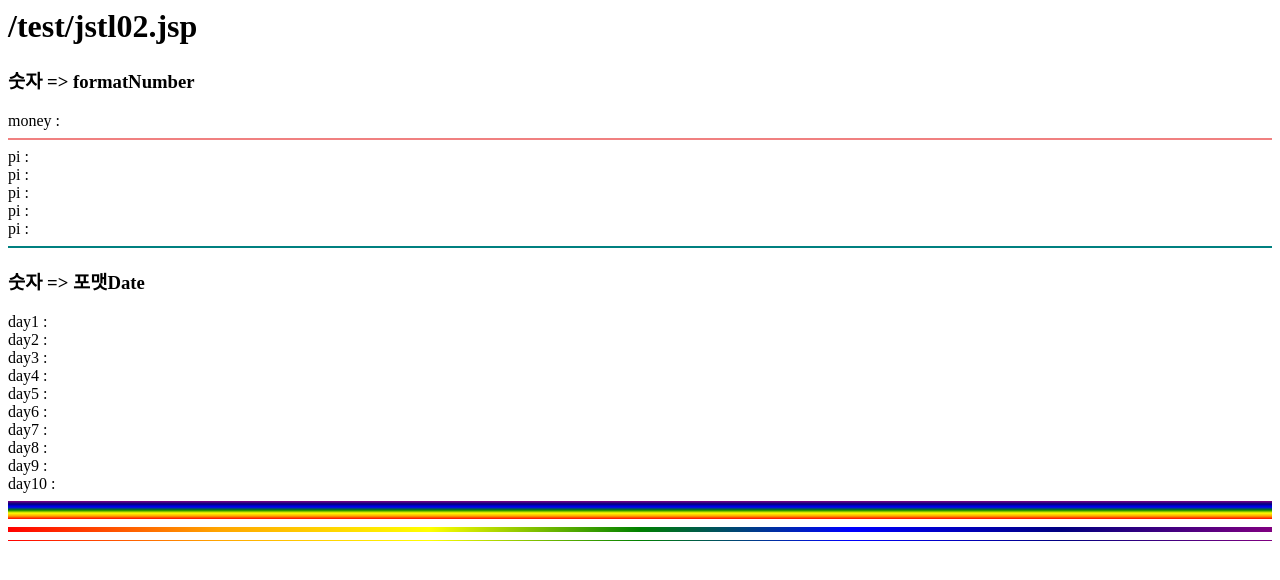
Repository: khsik/Woori-Computer-Academy
Page: http://localhost/mvc/WEB-INF/views/test/jstl02.jsp
These files come from the project's save history. The page is drawn as it stood at one moment and after the next save; the edit follows.
The browser window is 1280 px wide. The pictures show the whole page.
The page is served by Tomcat 9. Nobody is signed in. Other server files are loaded and not shown. The template is opened directly, without the code that normally fills it, so the values that code supplies are empty.

Above is the page before, as saved 2024-05-13 07:33:00.

### mvc/src/main/webapp/WEB-INF/views/test/jstl02.jsp
<%@ page language="java" contentType="text/html; charset=UTF-8"
    pageEncoding="UTF-8"%>
<%@ taglib prefix="fmt" uri="http://java.sun.com/jsp/jstl/fmt" %>

<h1>/test/jstl02.jsp</h1>

<h3> 숫자 => formatNumber</h3>
money : <fmt:formatNumber value="${money}" type="currency" currencySymbol="\\"/>
<hr color="lightcoral">
pi : <fmt:formatNumber value="${pi}" type="percent" /> <br>
pi : <fmt:formatNumber value="${pi}" pattern=".0000" /> <br>
pi : <fmt:formatNumber value="${pi}" pattern=".0"/> <br>
pi : <fmt:formatNumber value="${pi}" pattern="##0.000000"/> <br>
pi : <fmt:formatNumber value="${pi}" pattern="000.00000"/>
<%--
0 : 빈자리면 0 출력
# : 빈자리면 출력안함
마지막 자리 반올림해서 나오는 것으로 보임.
--%>
<hr color="teal">

<h3>숫자 => 포맷Date</h3>
day1 : <fmt:formatDate value="${day}" /> <br>
day2 : <fmt:formatDate value="${day}" type="date"/> <br>
day3 : <fmt:formatDate value="${day}" type="both"/> <br>
day4 : <fmt:formatDate value="${day }" type="time" /> <br>
day5 : <fmt:formatDate value="${day }" type="time" timeStyle="full"/> <br>
day6 : <fmt:formatDate value="${day }" type="date" dateStyle="full"/> <br>
day7 : <fmt:formatDate value="${day }" type="date" dateStyle="long"/> <br>
day8 : <fmt:formatDate value="${day }" type="date" dateStyle="medium" /> <br>
day9 : <fmt:formatDate value="${day }" type="date" dateStyle="short" /> <br>
day10 : <fmt:formatDate value="${day }" type="date" dateStyle="default" /> <br>

<hr size="20px" style="border:0; background: linear-gradient(0deg, red, orange, yellow, green, blue, navy, purple);">
<hr size="7px" style="border:0; background: linear-gradient(0.25turn, red, orange, yellow, green, blue, navy, purple);">
<hr size="3px" style="border:0; background: linear-gradient(0.25turn, red, orange, yellow, green, blue, navy, purple);">

After the next save:
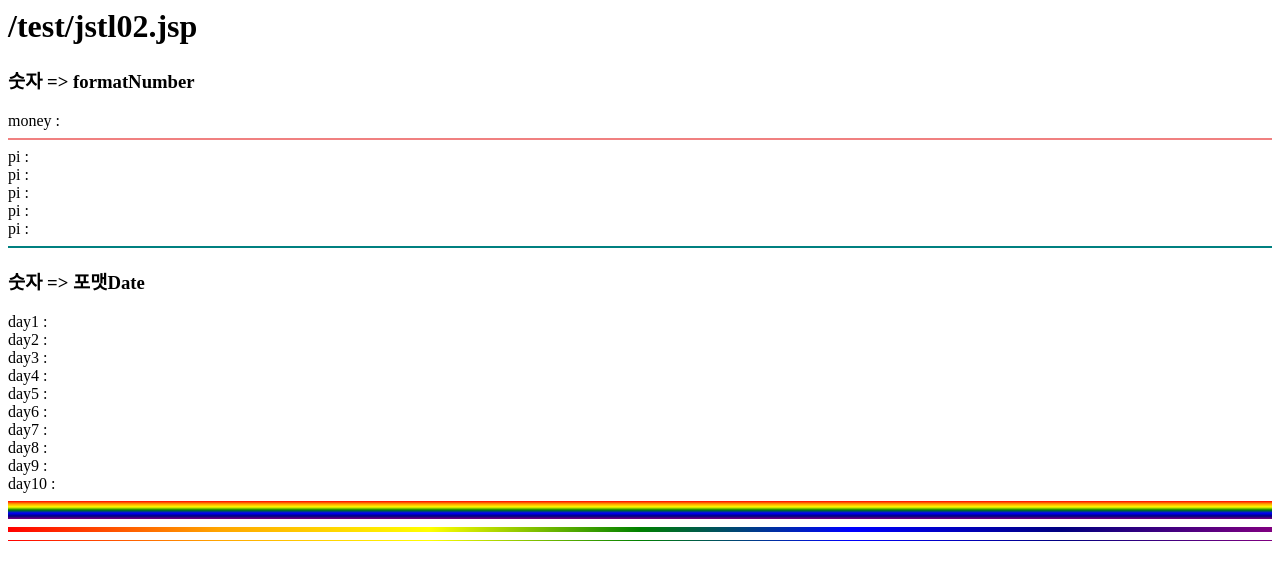
Saved 7 s later.
--- a/mvc/src/main/webapp/WEB-INF/views/test/jstl02.jsp
+++ b/mvc/src/main/webapp/WEB-INF/views/test/jstl02.jsp
@@ -31,6 +31,6 @@ day8 : <fmt:formatDate value="${day }" type="date" dateStyle="medium" /> <br>
 day9 : <fmt:formatDate value="${day }" type="date" dateStyle="short" /> <br>
 day10 : <fmt:formatDate value="${day }" type="date" dateStyle="default" /> <br>
 
-<hr size="20px" style="border:0; background: linear-gradient(0deg, red, orange, yellow, green, blue, navy, purple);">
+<hr size="20px" style="border:0; background: linear-gradient(180deg, red, orange, yellow, green, blue, navy, purple);">
 <hr size="7px" style="border:0; background: linear-gradient(0.25turn, red, orange, yellow, green, blue, navy, purple);">
 <hr size="3px" style="border:0; background: linear-gradient(0.25turn, red, orange, yellow, green, blue, navy, purple);">
